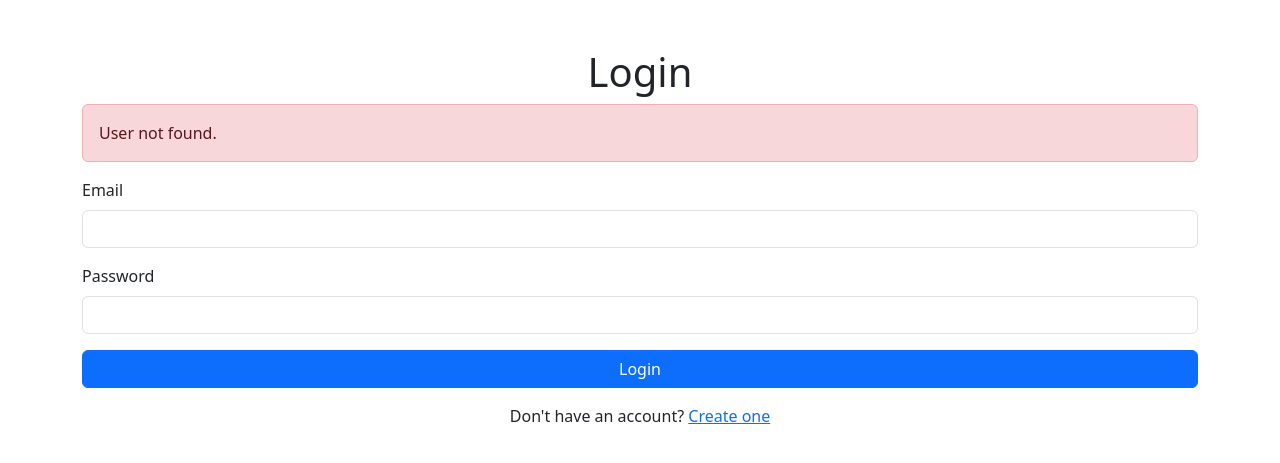
Repository: Abdulahi338/Book-management-system
Page: http://localhost/book/login.php
The author's editor kept a copy of each file at every save. The page is drawn from the files as they stood at one save, then again after the next save.
The browser window is 1280 px wide. The pictures show the whole page.
The page is run by PHP 8.4 with error messages shown; the project is at /var/www/html/.

Above is the page before, as saved 2024-08-22 18:43:46.

After the next save:
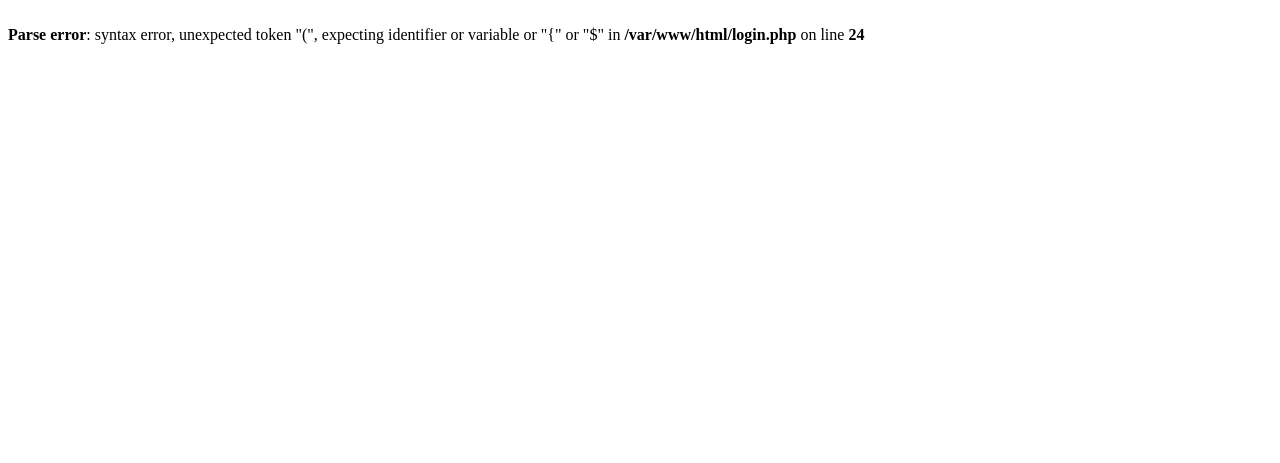
Saved 45 s later.
--- a/login.php
+++ b/login.php
@@ -21,7 +21,7 @@
 // Fetch the role of the user
         $sql2 = $conn->Query("SELECT role_name FROM roles WHERE user_id ='$id'");
         if($sql2){
-            $roleResult = $sql2->get_result();
+            $roleResult = $sql2->();
             $role_name = $role['role_name'];
         }
          // Verify the password

After the 3 saves that followed:
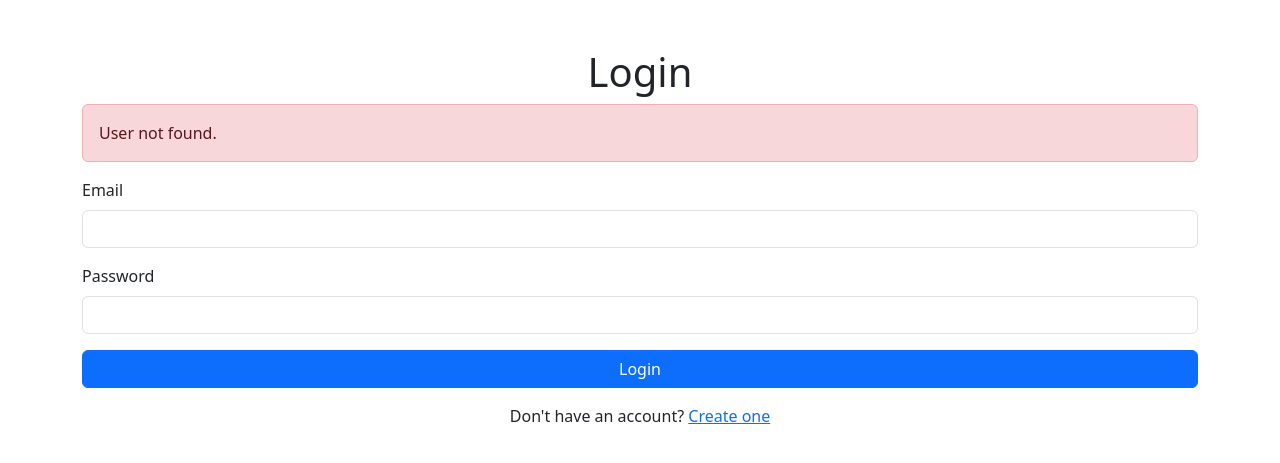
The 3 saves are shown as one change because they came seconds apart.
The last was saved 9 s later.
--- a/login.php
+++ b/login.php
@@ -21,7 +21,7 @@
 // Fetch the role of the user
         $sql2 = $conn->Query("SELECT role_name FROM roles WHERE user_id ='$id'");
         if($sql2){
-            $roleResult = $sql2->();
+            $roleResult = $sql2->fetch_assoc();
             $role_name = $role['role_name'];
         }
          // Verify the password
